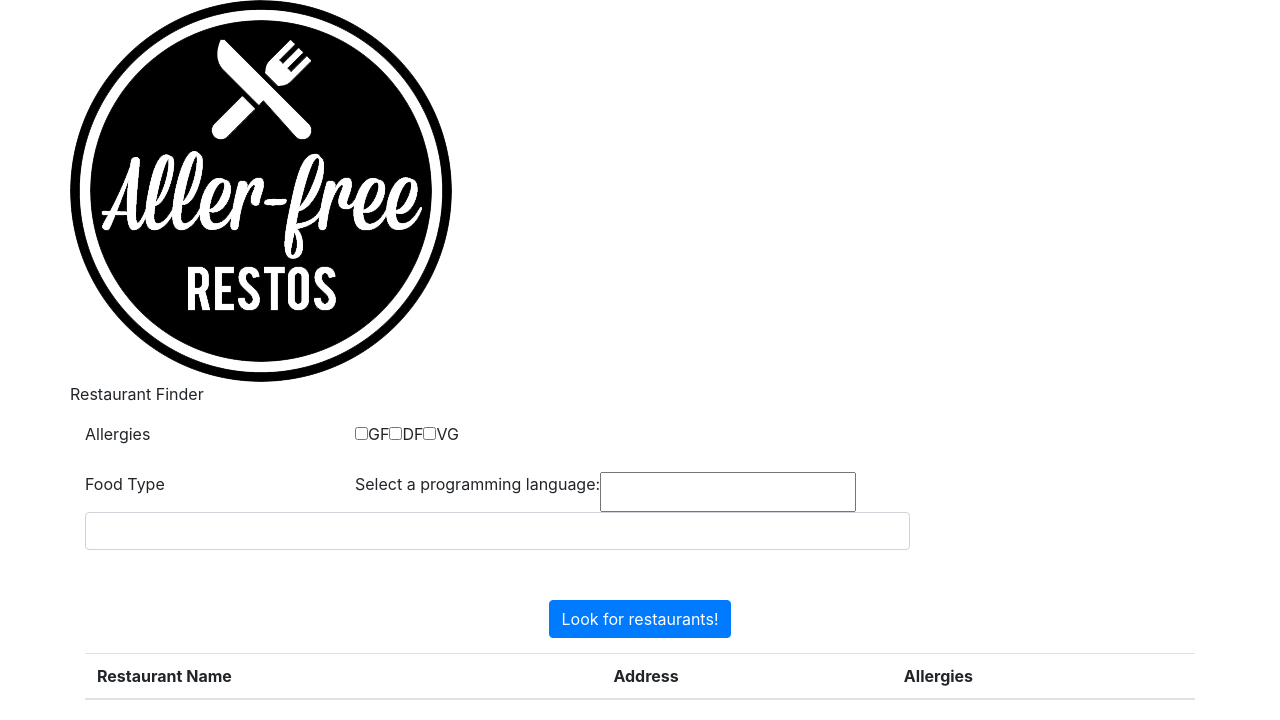
Repository: KobeRox/Loremips
Page: index.html
An editor plug-in stored every save of this project. The page is shown before and after the next save, followed by the edit.
The browser window is 1280 px wide. The pictures show the whole page.
Some web libraries are served in a nearby version.

Above is the page before, as saved 2019-09-08 16:25:11.
Console error: TypeError: Cannot read properties of undefined (reading 'fn')

### index.html
<html>

<head>
    <link rel="stylesheet" src="style.css">
    <link rel="stylesheet" href="https://stackpath.bootstrapcdn.com/bootstrap/4.3.1/css/bootstrap.min.css"
        integrity="sha384-ggOyR0iXCbMQv3Xipma34MD+dH/1fQ784/j6cY/iJTQUOhcWr7x9JvoRxT2MZw1T" crossorigin="anonymous">
    <script src="https://stackpath.bootstrapcdn.com/bootstrap/4.3.1/js/bootstrap.min.js"
        integrity="sha384-JjSmVgyd0p3pXB1rRibZUAYoIIy6OrQ6VrjIEaFf/nJGzIxFDsf4x0xIM+B07jRM"
        crossorigin="anonymous"></script>
    <script src="https://ajax.googleapis.com/ajax/libs/jquery/3.4.1/jquery.min.js"></script>
    <script src="https://code.jquery.com/ui/1.12.1/jquery-ui.min.js"></script>
    <script src="zomato_cuisines.js"></script>
    <script src="zomato_restaurants.js"></script>
    <script src="contractResponse.js"></script>
    <script src="convertDataToHtml.js"></script>
    <script type="text/javascript" charset="utf-8">

        $(document).ready(function () {
            $("#searchbar").autocomplete({
                minLength: 0,
                source: get_cuisineList(),
                focus: function (event, ui) {
                    $("#searchbar").val(ui.item.label);
                    return false;
                },
                select: function (event, ui) {
                    $("#searchbar").val(ui.item.label);
                    return false;
                }
            })

            $("#clicking").click(function () {
                var search = $('#searchbar').val();
                console.log(search)
                var c_list = get_cuisineList();
                console.log(c_list);
                var c_id = get_cuisineId(search);
                console.log(c_id);
                get_restaurants(c_id, function (data) {
                    console.log(data);
                    convertDataToHtml(data);
                });
            });
        });
    </script>
</head>

<body>
    <div class="container">
        <div class="panel-heading">
            <div class="row">
				<div class="col-xs-12">
					<img src="allerfreerestos_logo.png">
				</div>
            </div>
        </div>
        <div class="panel-body">

            <div class="row" style="text-align: center;">
                <p>Restaurant Finder</p>
            </div>
            <div class="row" style="margin-bottom: 10px;">
                <div class="col-xs-3 col-md-3">
                    <p>Allergies</p>
                </div>
                <div class=" col-xs-3 checkbox" style="margin-top: 0px !important">
                    <label>
                        <input type="checkbox" value="apple">GF
                    </label>
                </div>
                <div class=" col-xs-3 checkbox">
                    <label>
                        <input type="checkbox" value="pear">DF
                    </label>
                </div>
                <div class=" col-xs-3 checkbox">
                    <label>
                        <input type="checkbox" value="orange">VG
                    </label>
                </div>
                <!-- </div> -->
            </div>
            <div class="row" style="margin-bottom: 50px;">
                <div class="col-xs-3 col-md-3">
                    <p>Food Type</p>
                </div>

                <label for="autocomplete">Select a programming language: </label>
                <input id="autocomplete">

                <script>
                $( "#autocomplete" ).autocomplete({
                source: [ "c++", "java", "php", "coldfusion", "javascript", "asp", "ruby" ]
                });
                </script>


                <div class="col-xs-9 col-md-9">
                    <input type="text" class="form-control" id='searchbar'>
                </div>





            </div>
            <div class="row" style="text-align: center;">
                <div class="col-xs-12 col-md-12">
                    <button type="button" class="btn btn-primary" style="margin-bottom: 15px;" id="clicking">Look
                        for restaurants!</button>
                </div>
            </div>
        </div>

        <div class="row">
            <div class="col-xs-12 col-md-12">
                <table class="table">
                    <thead>
                        <tr>
                            <th scope="col">Restaurant Name</th>
                            <th scope="col">Address</th>
                            <th scope="col">Allergies</th>
                        </tr>
                    <tbody id="restoResults">

                    </tbody>
                    </thead>
                </table>
            </div>


        </div>
        <!-- <div class="panel-footer"></div> -->
    </div>
</body>

</html>

### zomato_cuisines.js
function get_cuisineId(name){

	for(var i=0; i<list_cuisine.length; i++){
		if (list_cuisine[i]["cuisine"]["cuisine_name"] == name)
			return list_cuisine[i]["cuisine"]["cuisine_id"];
	}
}

function get_cuisineList(){
	var cuisine_names= [];
	for(var i=0; i<6; i++){
		cuisine_names.push(list_cuisine[i]["cuisine"]["cuisine_name"]);
	}
	return cuisine_names;
}
var  list_cuisine = [
        {
            "cuisine": {
                "cuisine_id": 6,
                "cuisine_name": "Afghani"
            }
        },
        {
            "cuisine": {
                "cuisine_id": 152,
                "cuisine_name": "African"
            }
        },
        {
            "cuisine": {
                "cuisine_id": 1,
                "cuisine_name": "American"
            }
        },
        {
            "cuisine": {
                "cuisine_id": 4,
                "cuisine_name": "Arabian"
            }
        },
        {
            "cuisine": {
                "cuisine_id": 151,
                "cuisine_name": "Argentine"
            }
        },
        {
            "cuisine": {
                "cuisine_id": 3,
                "cuisine_name": "Asian"
            }
        },
        {
            "cuisine": {
                "cuisine_id": 401,
                "cuisine_name": "Asian Fusion"
            }
        },
        {
            "cuisine": {
                "cuisine_id": 193,
                "cuisine_name": "BBQ"
            }
        },
        {
            "cuisine": {
                "cuisine_id": 5,
                "cuisine_name": "Bakery"
            }
        },
        {
            "cuisine": {
                "cuisine_id": 227,
                "cuisine_name": "Bar Food"
            }
        },
        {
            "cuisine": {
                "cuisine_id": 132,
                "cuisine_name": "Belgian"
            }
        },
        {
            "cuisine": {
                "cuisine_id": 270,
                "cuisine_name": "Beverages"
            }
        },
        {
            "cuisine": {
                "cuisine_id": 159,
                "cuisine_name": "Brazilian"
            }
        },
        {
            "cuisine": {
                "cuisine_id": 133,
                "cuisine_name": "British"
            }
        },
        {
            "cuisine": {
                "cuisine_id": 247,
                "cuisine_name": "Bubble Tea"
            }
        },
        {
            "cuisine": {
                "cuisine_id": 168,
                "cuisine_name": "Burger"
            }
        },
        {
            "cuisine": {
                "cuisine_id": 1039,
                "cuisine_name": "Cafe Food"
            }
        },
        {
            "cuisine": {
                "cuisine_id": 111,
                "cuisine_name": "Cambodian"
            }
        },
        {
            "cuisine": {
                "cuisine_id": 121,
                "cuisine_name": "Cantonese"
            }
        },
        {
            "cuisine": {
                "cuisine_id": 994,
                "cuisine_name": "Charcoal Chicken"
            }
        },
        {
            "cuisine": {
                "cuisine_id": 25,
                "cuisine_name": "Chinese"
            }
        },
        {
            "cuisine": {
                "cuisine_id": 161,
                "cuisine_name": "Coffee and Tea"
            }
        },
        {
            "cuisine": {
                "cuisine_id": 287,
                "cuisine_name": "Colombian"
            }
        },
        {
            "cuisine": {
                "cuisine_id": 144,
                "cuisine_name": "Contemporary"
            }
        },
        {
            "cuisine": {
                "cuisine_id": 35,
                "cuisine_name": "Continental"
            }
        },
        {
            "cuisine": {
                "cuisine_id": 928,
                "cuisine_name": "Creole"
            }
        },
        {
            "cuisine": {
                "cuisine_id": 881,
                "cuisine_name": "Crepes"
            }
        },
        {
            "cuisine": {
                "cuisine_id": 192,
                "cuisine_name": "Deli"
            }
        },
        {
            "cuisine": {
                "cuisine_id": 100,
                "cuisine_name": "Desserts"
            }
        },
        {
            "cuisine": {
                "cuisine_id": 268,
                "cuisine_name": "Drinks Only"
            }
        },
        {
            "cuisine": {
                "cuisine_id": 985,
                "cuisine_name": "Dumplings"
            }
        },
        {
            "cuisine": {
                "cuisine_id": 38,
                "cuisine_name": "European"
            }
        },
        {
            "cuisine": {
                "cuisine_id": 571,
                "cuisine_name": "Falafel"
            }
        },
        {
            "cuisine": {
                "cuisine_id": 40,
                "cuisine_name": "Fast Food"
            }
        },
        {
            "cuisine": {
                "cuisine_id": 1006,
                "cuisine_name": "Fijian"
            }
        },
        {
            "cuisine": {
                "cuisine_id": 112,
                "cuisine_name": "Filipino"
            }
        },
        {
            "cuisine": {
                "cuisine_id": 271,
                "cuisine_name": "Finger Food"
            }
        },
        {
            "cuisine": {
                "cuisine_id": 298,
                "cuisine_name": "Fish and Chips"
            }
        },
        {
            "cuisine": {
                "cuisine_id": 45,
                "cuisine_name": "French"
            }
        },
        {
            "cuisine": {
                "cuisine_id": 1025,
                "cuisine_name": "Fried Chicken"
            }
        },
        {
            "cuisine": {
                "cuisine_id": 501,
                "cuisine_name": "Frozen Yogurt"
            }
        },
        {
            "cuisine": {
                "cuisine_id": 274,
                "cuisine_name": "Fusion"
            }
        },
        {
            "cuisine": {
                "cuisine_id": 134,
                "cuisine_name": "German"
            }
        },
        {
            "cuisine": {
                "cuisine_id": 156,
                "cuisine_name": "Greek"
            }
        },
        {
            "cuisine": {
                "cuisine_id": 181,
                "cuisine_name": "Grill"
            }
        },
        {
            "cuisine": {
                "cuisine_id": 521,
                "cuisine_name": "Hawaiian"
            }
        },
        {
            "cuisine": {
                "cuisine_id": 143,
                "cuisine_name": "Healthy Food"
            }
        },
        {
            "cuisine": {
                "cuisine_id": 1022,
                "cuisine_name": "Hot Pot"
            }
        },
        {
            "cuisine": {
                "cuisine_id": 228,
                "cuisine_name": "Hungarian"
            }
        },
        {
            "cuisine": {
                "cuisine_id": 233,
                "cuisine_name": "Ice Cream"
            }
        },
        {
            "cuisine": {
                "cuisine_id": 148,
                "cuisine_name": "Indian"
            }
        },
        {
            "cuisine": {
                "cuisine_id": 114,
                "cuisine_name": "Indonesian"
            }
        },
        {
            "cuisine": {
                "cuisine_id": 154,
                "cuisine_name": "International"
            }
        },
        {
            "cuisine": {
                "cuisine_id": 140,
                "cuisine_name": "Iranian"
            }
        },
        {
            "cuisine": {
                "cuisine_id": 135,
                "cuisine_name": "Irish"
            }
        },
        {
            "cuisine": {
                "cuisine_id": 55,
                "cuisine_name": "Italian"
            }
        },
        {
            "cuisine": {
                "cuisine_id": 60,
                "cuisine_name": "Japanese"
            }
        },
        {
            "cuisine": {
                "cuisine_id": 265,
                "cuisine_name": "Jewish"
            }
        },
        {
            "cuisine": {
                "cuisine_id": 1042,
                "cuisine_name": "Jiangnan"
            }
        },
        {
            "cuisine": {
                "cuisine_id": 164,
                "cuisine_name": "Juices"
            }
        },
        {
            "cuisine": {
                "cuisine_id": 178,
                "cuisine_name": "Kebab"
            }
        },
        {
            "cuisine": {
                "cuisine_id": 167,
                "cuisine_name": "Kiwi"
            }
        },
        {
            "cuisine": {
                "cuisine_id": 67,
                "cuisine_name": "Korean"
            }
        },
        {
            "cuisine": {
                "cuisine_id": 1021,
                "cuisine_name": "Korean BBQ"
            }
        },
        {
            "cuisine": {
                "cuisine_id": 136,
                "cuisine_name": "Latin American"
            }
        },
        {
            "cuisine": {
                "cuisine_id": 66,
                "cuisine_name": "Lebanese"
            }
        },
        {
            "cuisine": {
                "cuisine_id": 69,
                "cuisine_name": "Malaysian"
            }
        },
        {
            "cuisine": {
                "cuisine_id": 977,
                "cuisine_name": "Meat Pie"
            }
        },
        {
            "cuisine": {
                "cuisine_id": 70,
                "cuisine_name": "Mediterranean"
            }
        },
        {
            "cuisine": {
                "cuisine_id": 73,
                "cuisine_name": "Mexican"
            }
        },
        {
            "cuisine": {
                "cuisine_id": 137,
                "cuisine_name": "Middle Eastern"
            }
        },
        {
            "cuisine": {
                "cuisine_id": 294,
                "cuisine_name": "Modern European"
            }
        },
        {
            "cuisine": {
                "cuisine_id": 1055,
                "cuisine_name": "Modern New Zealand"
            }
        },
        {
            "cuisine": {
                "cuisine_id": 74,
                "cuisine_name": "Mongolian"
            }
        },
        {
            "cuisine": {
                "cuisine_id": 147,
                "cuisine_name": "Moroccan"
            }
        },
        {
            "cuisine": {
                "cuisine_id": 117,
                "cuisine_name": "Nepalese"
            }
        },
        {
            "cuisine": {
                "cuisine_id": 50,
                "cuisine_name": "North Indian"
            }
        },
        {
            "cuisine": {
                "cuisine_id": 321,
                "cuisine_name": "Pacific"
            }
        },
        {
            "cuisine": {
                "cuisine_id": 139,
                "cuisine_name": "Pakistani"
            }
        },
        {
            "cuisine": {
                "cuisine_id": 209,
                "cuisine_name": "Pan Asian"
            }
        },
        {
            "cuisine": {
                "cuisine_id": 162,
                "cuisine_name": "Peruvian"
            }
        },
        {
            "cuisine": {
                "cuisine_id": 1020,
                "cuisine_name": "Pho"
            }
        },
        {
            "cuisine": {
                "cuisine_id": 82,
                "cuisine_name": "Pizza"
            }
        },
        {
            "cuisine": {
                "cuisine_id": 1019,
                "cuisine_name": "Poké"
            }
        },
        {
            "cuisine": {
                "cuisine_id": 87,
                "cuisine_name": "Portuguese"
            }
        },
        {
            "cuisine": {
                "cuisine_id": 983,
                "cuisine_name": "Pub Food"
            }
        },
        {
            "cuisine": {
                "cuisine_id": 320,
                "cuisine_name": "Ramen"
            }
        },
        {
            "cuisine": {
                "cuisine_id": 1033,
                "cuisine_name": "Roast"
            }
        },
        {
            "cuisine": {
                "cuisine_id": 84,
                "cuisine_name": "Russian"
            }
        },
        {
            "cuisine": {
                "cuisine_id": 998,
                "cuisine_name": "Salad"
            }
        },
        {
            "cuisine": {
                "cuisine_id": 304,
                "cuisine_name": "Sandwich"
            }
        },
        {
            "cuisine": {
                "cuisine_id": 83,
                "cuisine_name": "Seafood"
            }
        },
        {
            "cuisine": {
                "cuisine_id": 831,
                "cuisine_name": "Shanghai"
            }
        },
        {
            "cuisine": {
                "cuisine_id": 128,
                "cuisine_name": "Sichuan"
            }
        },
        {
            "cuisine": {
                "cuisine_id": 119,
                "cuisine_name": "Singaporean"
            }
        },
        {
            "cuisine": {
                "cuisine_id": 85,
                "cuisine_name": "South Indian"
            }
        },
        {
            "cuisine": {
                "cuisine_id": 89,
                "cuisine_name": "Spanish"
            }
        },
        {
            "cuisine": {
                "cuisine_id": 86,
                "cuisine_name": "Sri Lankan"
            }
        },
        {
            "cuisine": {
                "cuisine_id": 141,
                "cuisine_name": "Steak"
            }
        },
        {
            "cuisine": {
                "cuisine_id": 90,
                "cuisine_name": "Street Food"
            }
        },
        {
            "cuisine": {
                "cuisine_id": 177,
                "cuisine_name": "Sushi"
            }
        },
        {
            "cuisine": {
                "cuisine_id": 190,
                "cuisine_name": "Taiwanese"
            }
        },
        {
            "cuisine": {
                "cuisine_id": 179,
                "cuisine_name": "Tapas"
            }
        },
        {
            "cuisine": {
                "cuisine_id": 163,
                "cuisine_name": "Tea"
            }
        },
        {
            "cuisine": {
                "cuisine_id": 981,
                "cuisine_name": "Teppanyaki"
            }
        },
        {
            "cuisine": {
                "cuisine_id": 150,
                "cuisine_name": "Tex-Mex"
            }
        },
        {
            "cuisine": {
                "cuisine_id": 95,
                "cuisine_name": "Thai"
            }
        },
        {
            "cuisine": {
                "cuisine_id": 142,
                "cuisine_name": "Turkish"
            }
        },
        {
            "cuisine": {
                "cuisine_id": 1038,
                "cuisine_name": "Uyghur"
            }
        },
        {
            "cuisine": {
                "cuisine_id": 1034,
                "cuisine_name": "Vegan"
            }
        },
        {
            "cuisine": {
                "cuisine_id": 308,
                "cuisine_name": "Vegetarian"
            }
        },
        {
            "cuisine": {
                "cuisine_id": 641,
                "cuisine_name": "Venezuelan"
            }
        },
        {
            "cuisine": {
                "cuisine_id": 99,
                "cuisine_name": "Vietnamese"
            }
        },
        {
            "cuisine": {
                "cuisine_id": 978,
                "cuisine_name": "Yum Cha"
            }
        }
    ]

### zomato_restaurants.js
function get_restaurants(cuisine_id, callback) {
  $.ajax({
    url:
      "https://developers.zomato.com/api/v2.1/search?city_id=70&cuisines=" +
      cuisine_id,
    type: "GET",
    //d323749b276f5be54a2e776c45a7ad1a
    //b17db59020e7fbe543111e1e6c2e5ecb
    beforeSend: function(xhr) {
      xhr.setRequestHeader("user-key", "d323749b276f5be54a2e776c45a7ad1a");
    },
    success: function(data) {
      callback(convertContract(data));
    }
  });
}

### contractResponse.js
function convertContract(input) {
  var results = [];

  for (var x = 0; x < input.results_shown; x++) {
    results.push({
      restaurantName: input.restaurants[x].restaurant.name,
      address: input.restaurants[x].restaurant.location.address,
      allergies: input.restaurants[x].restaurant.cuisines.split(",")
    });
  }
  return results;
}

### convertDataToHtml.js

function convertDataToHtml(data){
    var html;
    var test2 = document.getElementById('restoResults');
    test2.innerHTML = " ";
    for(var test in data){
        let dataRow = data[test]
        var row = document.createElement('tr');
        for (var property in dataRow) {
            var th = document.createElement('td');
            th.scope = "col";
            th.innerText = dataRow[property];
            row.appendChild(th);
        }
        test2.appendChild(row);
    }
    return html;
}

After the next save:
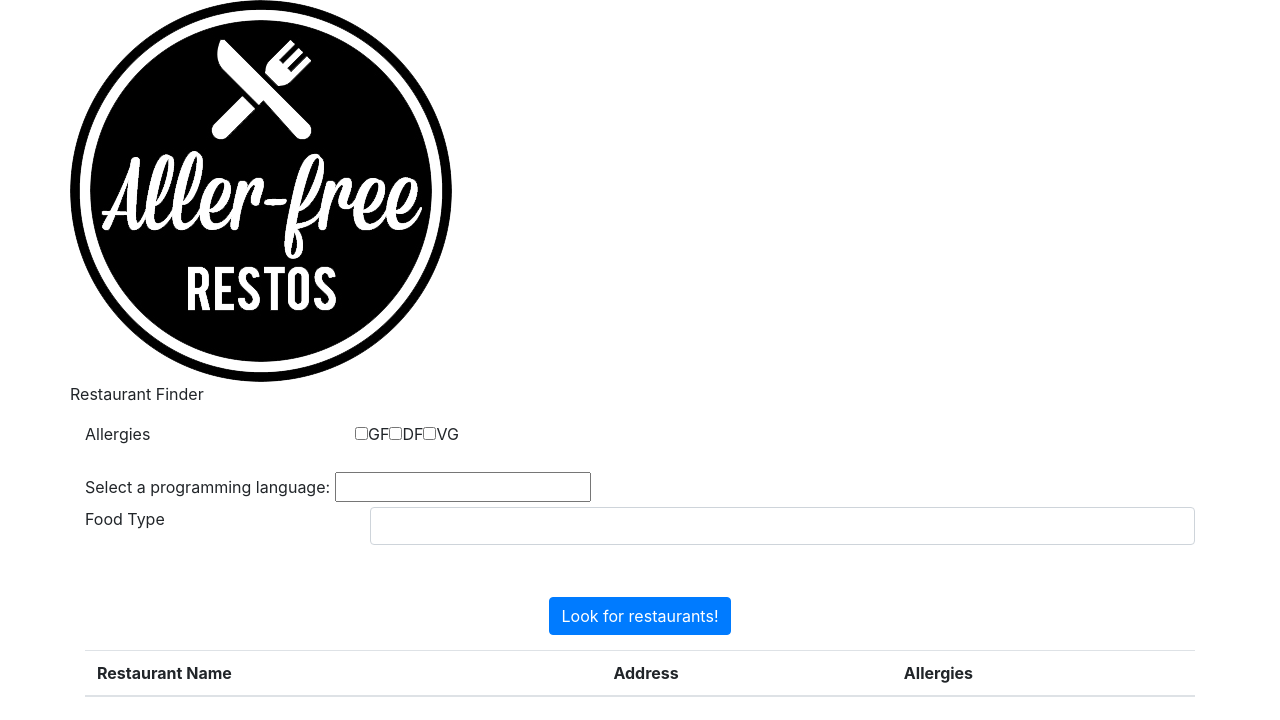
Saved 40 s later.
--- a/index.html
+++ b/index.html
@@ -80,12 +80,8 @@
                 </div>
                 <!-- </div> -->
             </div>
-            <div class="row" style="margin-bottom: 50px;">
-                <div class="col-xs-3 col-md-3">
-                    <p>Food Type</p>
-                </div>
 
-                <label for="autocomplete">Select a programming language: </label>
+            <label for="autocomplete">Select a programming language: </label>
                 <input id="autocomplete">
 
                 <script>
@@ -93,6 +89,14 @@
                 source: [ "c++", "java", "php", "coldfusion", "javascript", "asp", "ruby" ]
                 });
                 </script>
+
+
+            <div class="row" style="margin-bottom: 50px;">
+                <div class="col-xs-3 col-md-3">
+                    <p>Food Type</p>
+                </div>
+
+
 
 
                 <div class="col-xs-9 col-md-9">
